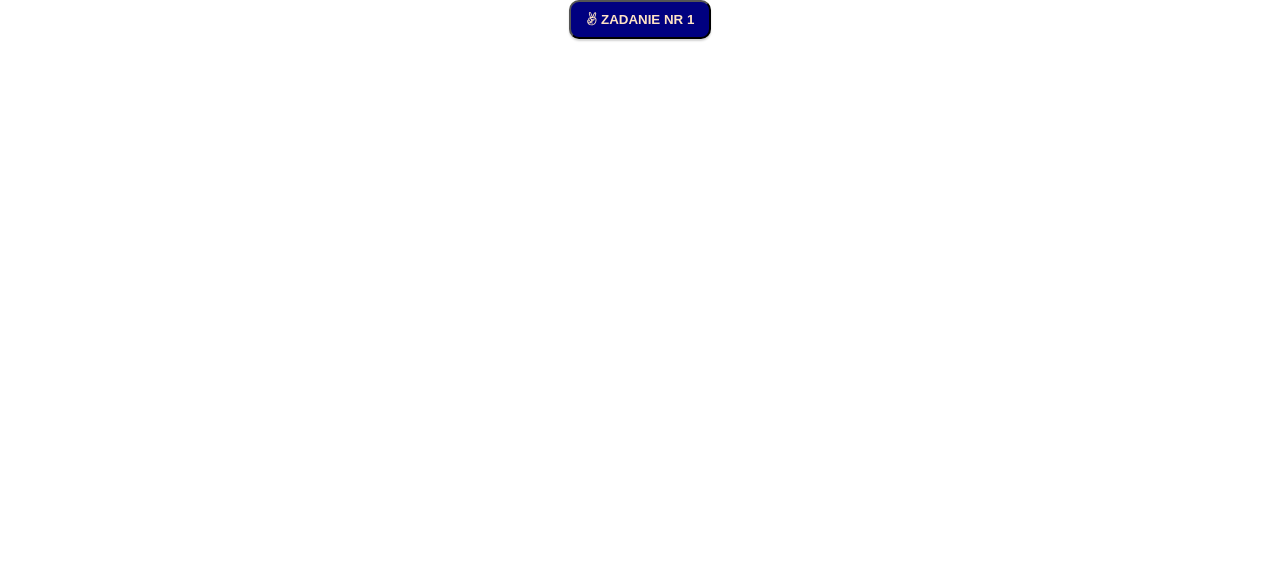
Repository: KrzysKolo/sr_tydzien3_zad_1_2_3
Page: /
An editor plug-in stored every save of this project. The page is shown before and after the next save, followed by the edit.
The browser window is 1280 px wide. The pictures show the whole page.
The project was rebuilt for these pictures with package versions that can differ from the ones it lists, and the page was loaded fresh each time.

Above is the page before, as saved 2020-11-02 15:17:35.

### src/App.js
import React,  { Component } from 'react';
import Button from './components/Form/Button';
import { FontAwesomeIcon } from '@fortawesome/react-fontawesome';
import { faThumbsUp } from "@fortawesome/free-solid-svg-icons";
import './App.css';


class App extends Component {
  state = {  }

  render() {

    return (
      <div className="app">
        <Button  bgColor="navy" color="bisque" label="Zadanie nr 1"/>

      </div>
     );
  }
}

export default App;

### src/components/Form/Button.js
import React from 'react';
import styled from 'styled-components';
import { FontAwesomeIcon } from '@fortawesome/react-fontawesome';
import { faAngellist } from '@fortawesome/free-brands-svg-icons';

const Button = ({label, color, bgColor, icon}) => {

    console.log(color);
    const Button = styled.button`
    padding: 10px 15px;
    border-radius: 10px;
    outline: 0;
    text-transform: uppercase;
    cursor: pointer;
    box-shadow: 0px 2px 2px lightgray;
    transition: ease background-color, color 0.6s;
    font-weight: bold;
    color: ${[color]};
    background-color: ${[bgColor]};
    &:hover {
        background-color: ${[color]};
        color: ${[bgColor]};
    }
    `;

    const styles = {
        paddingRight: 15,
    }


    return (

        <div>
            <Button >
            {icon && <FontAwesomeIcon icon={icon} />} {label}
            </Button>
        </div>
     );
}
Button.defaultProps = {
    bgColor: "#1B1464",
    color: "#FFC312",
    label: "Click me",
    icon: faAngellist,
}

export default Button;

### src/App.css
* {
  padding: 0;
  margin: 0;
  box-sizing: border-box;
}
.app {
  display: flex;
  flex-direction: column;
  justify-content: center;
  align-items: center;
}

Loaded but not shown: public/index.html (common file); src/index.js (common file); src/index.css (common file)

After the next save:
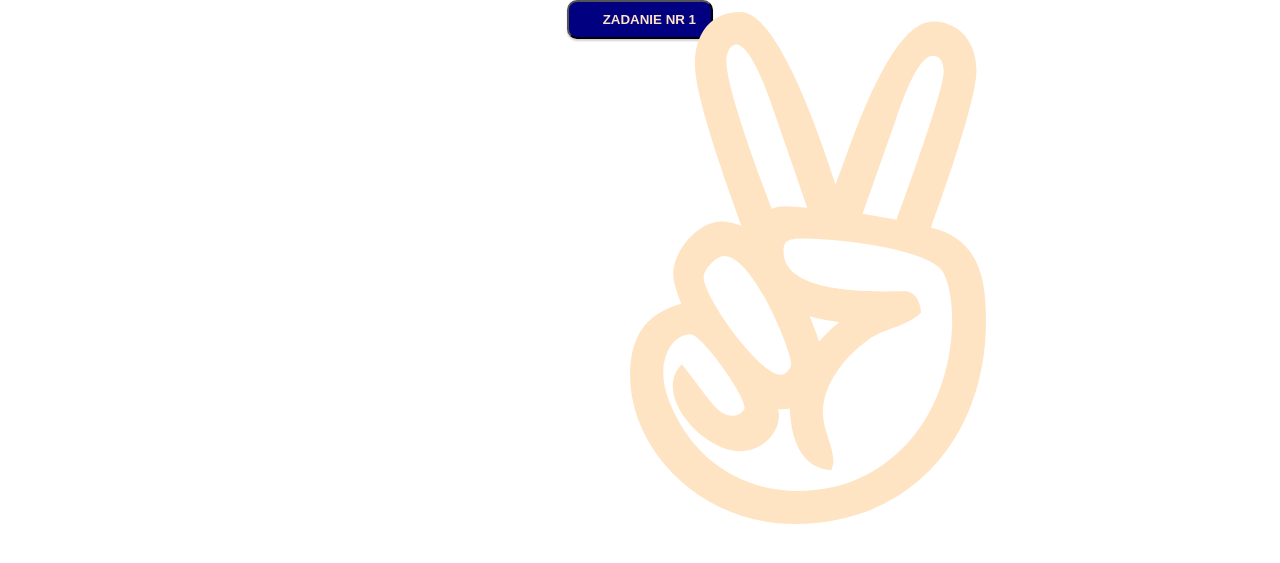
Saved 27 s later.
--- a/src/components/Form/Button.js
+++ b/src/components/Form/Button.js
@@ -32,7 +32,7 @@
 
         <div>
             <Button >
-            {icon && <FontAwesomeIcon icon={icon} />} {label}
+            {icon && <FontAwesomeIcon style={styles} icon={icon} />} {label}
             </Button>
         </div>
      );

After the save that followed:
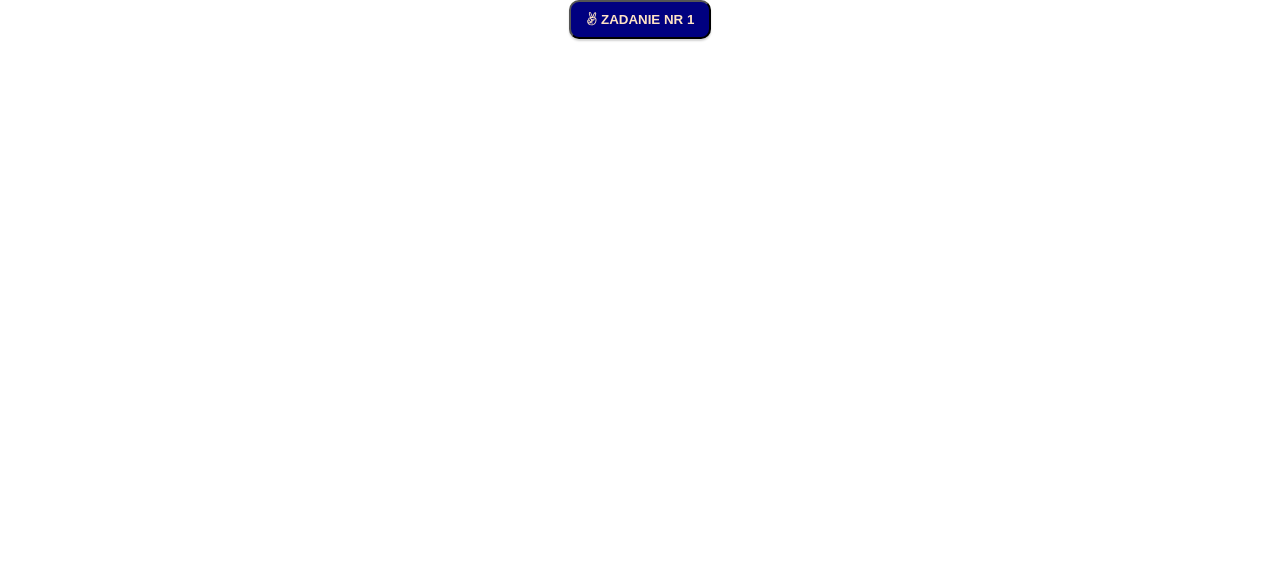
Saved 14 s later.
--- a/src/components/Form/Button.js
+++ b/src/components/Form/Button.js
@@ -32,7 +32,7 @@
 
         <div>
             <Button >
-            {icon && <FontAwesomeIcon style={styles} icon={icon} />} {label}
+            {icon && <FontAwesomeIcon icon={icon} />} {label}
             </Button>
         </div>
      );
